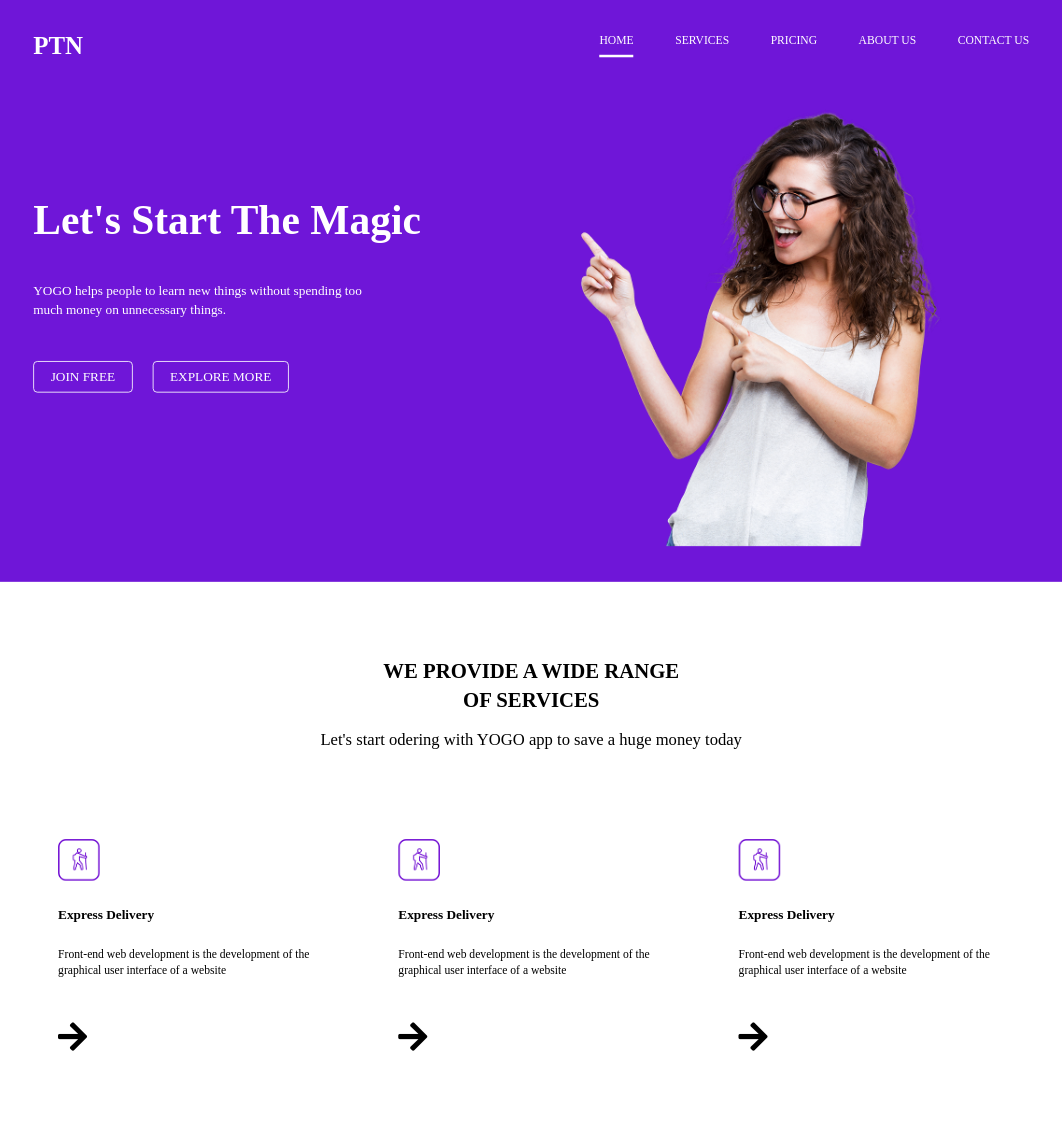
Repository: PhamTrungNguyen/LuyenTap
Page: index.html
The author's editor kept a copy of each file at every save. The page is drawn from the files as they stood at one save, then again after the next save.
The browser window is 1280 px wide. The pictures show the whole page, at 83% of full size.
Some web fonts or font styles are not loaded; a fallback is used. The style sheet was rebuilt from its Sass, Less or Tailwind sources for each picture, by a compiler version that may differ from the author's.

Above is the page before, as saved 2021-12-05 20:05:47.

After the next save:
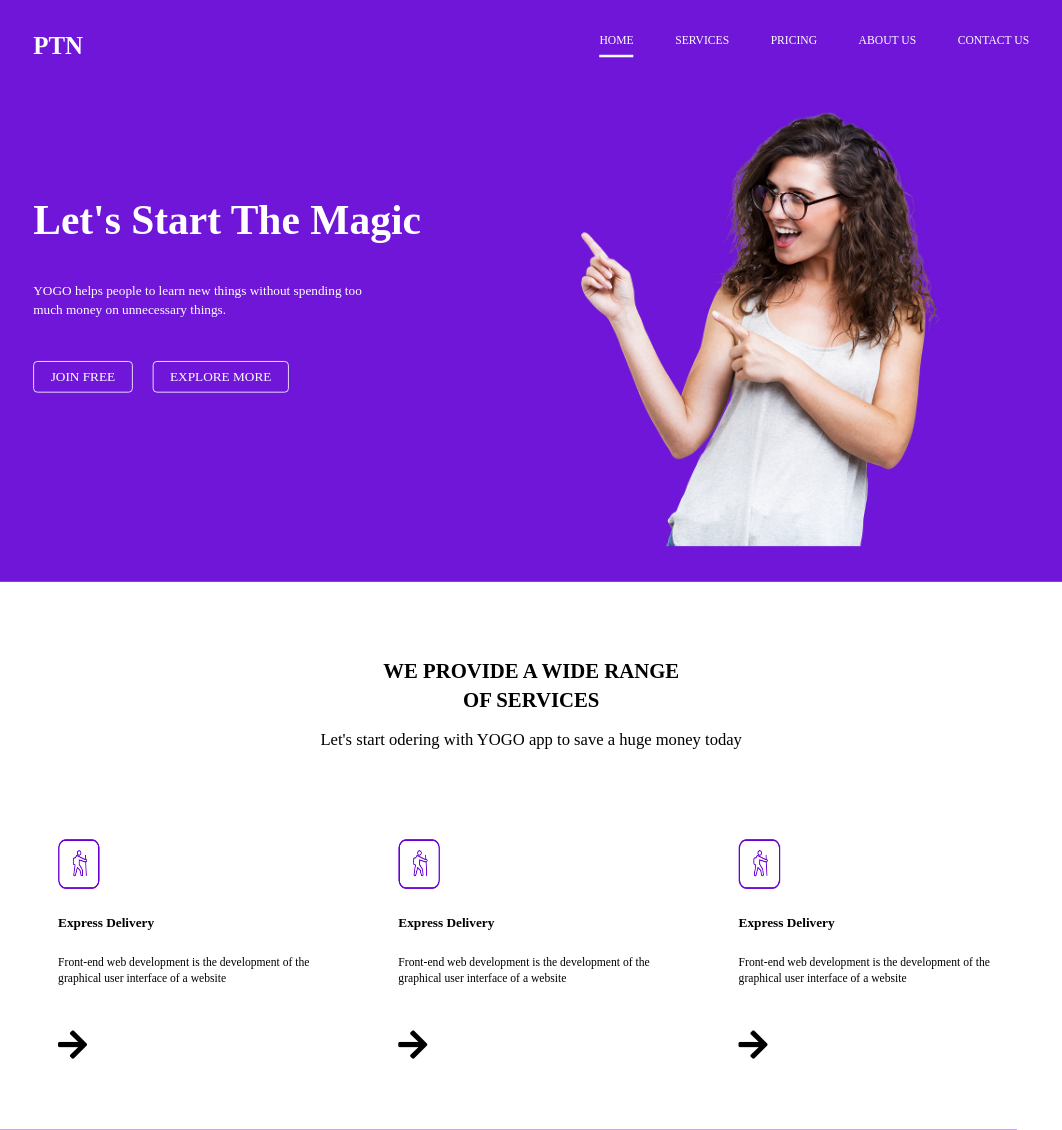
Saved 20 s later.
--- a/style.scss
+++ b/style.scss
@@ -232,7 +232,7 @@
     }
     &_icon {
      width:5rem;
-     height:5rem;
+     height:6rem;
      margin-bottom: 3rem;
     }
     &_title{

After the save that followed:
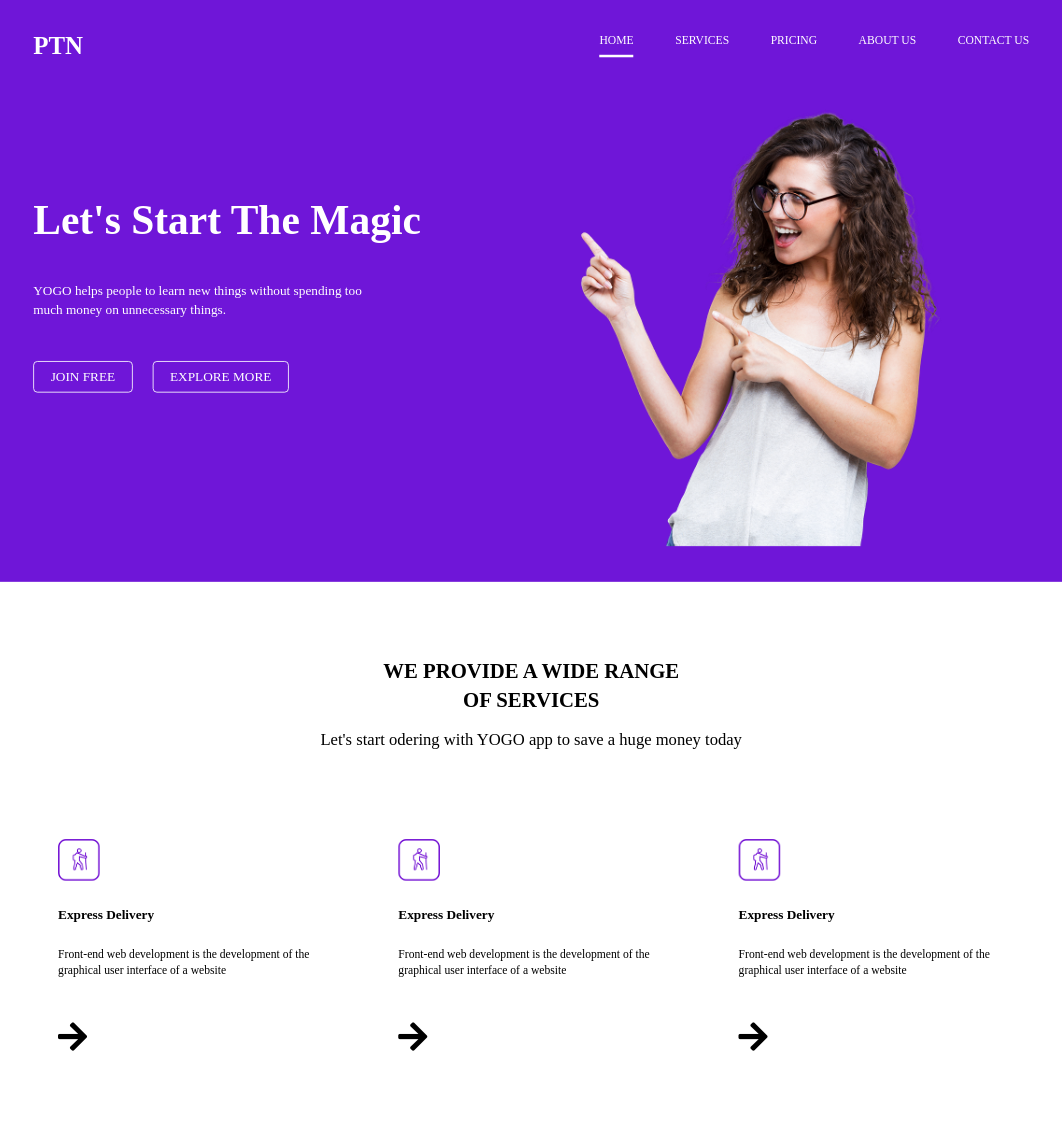
Saved 6 s later.
--- a/style.scss
+++ b/style.scss
@@ -232,7 +232,7 @@
     }
     &_icon {
      width:5rem;
-     height:6rem;
+     height:5rem;
      margin-bottom: 3rem;
     }
     &_title{
